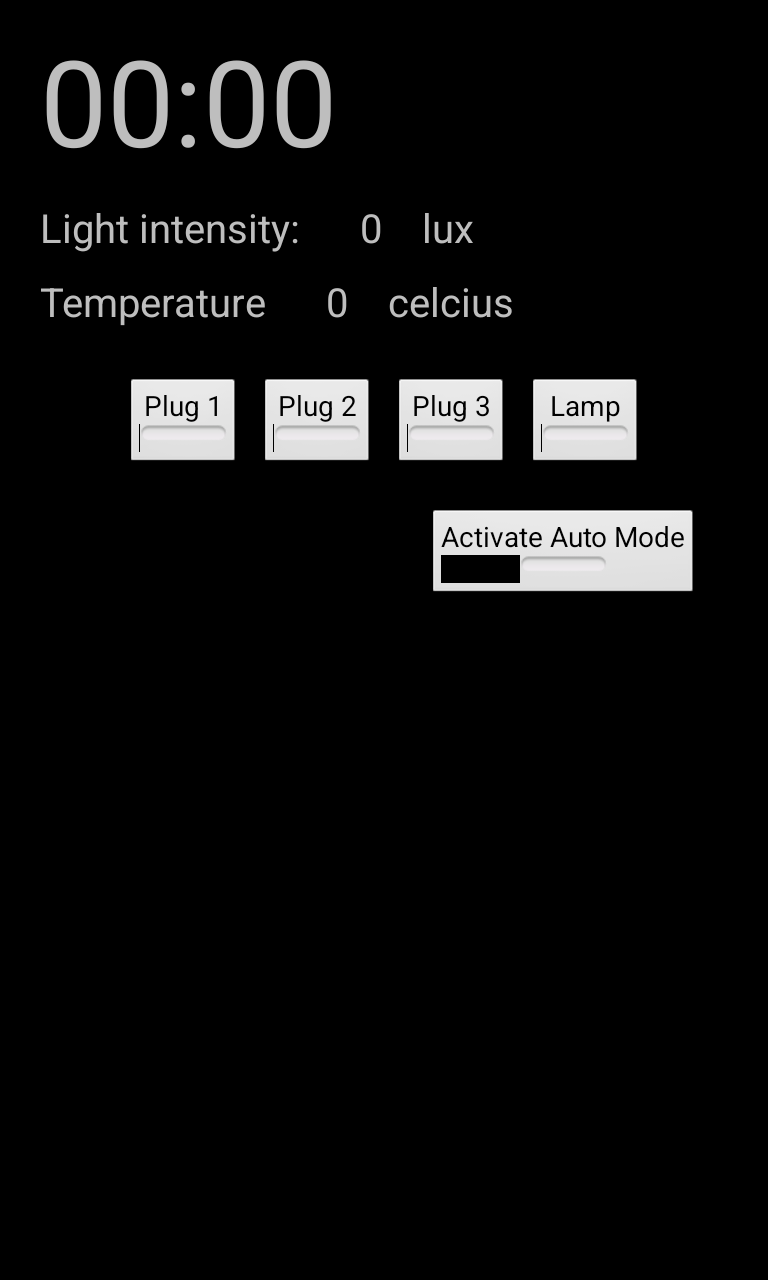
Repository: deanzaka/Shroom-Smart-Terminal
Layout: IOIOShroomST/res/layout/main.xml
These files come from the project's save history. The layout is drawn as it stood at one moment and after the next save; the edit follows.
It is drawn on a 768 x 1280 px phone screen (xhdpi) without system bars, with theme android:Theme; the app's code is not run.

Above is the layout before, as saved 2014-11-16 16:40:34.

After the next save:
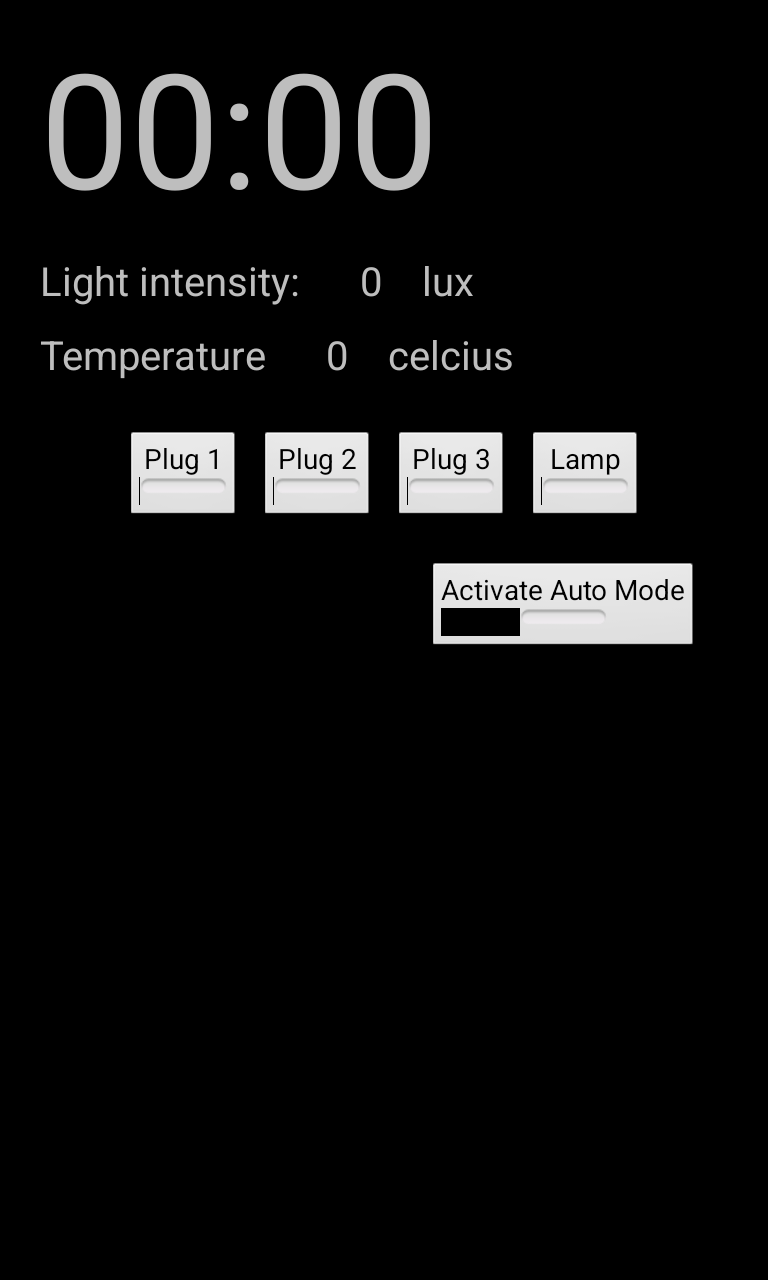
Saved 9 s later.
--- a/IOIOShroomST/res/layout/main.xml
+++ b/IOIOShroomST/res/layout/main.xml
@@ -17,7 +17,7 @@
 		    android:layout_height="wrap_content"
 		    android:paddingLeft="20dp"
 		    android:text="00:00"
-		    android:textSize="60sp" />
+		    android:textSize="80sp" />
 
 	</RelativeLayout>
 
